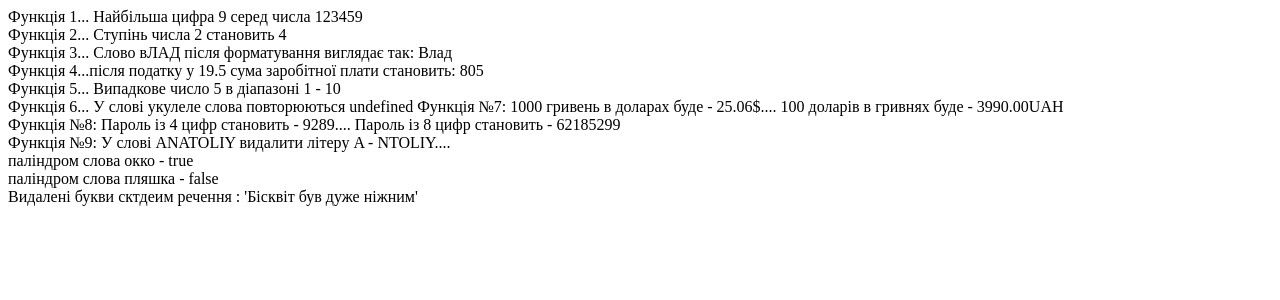
Repository: batonAnton/cursor_js_hw_3
Page: index.html
The author's editor kept a copy of each file at every save. The page is drawn from the files as they stood at one save, then again after the next save.
The browser window is 1280 px wide. The pictures show the whole page.

Above is the page before, as saved 2022-08-31 15:46:13.

### index.html
<!DOCTYPE html>
<html lang="en">
<head>
    <meta charset="UTF-8">
    <meta http-equiv="X-UA-Compatible" content="IE=edge">
    <meta name="viewport" content="width=device-width, initial-scale=1.0">
    <title>Hw_3  function</title>
</head>
<body>
    <script src="./js/index.js"></script>
</body>
</html>

### js/index.js
// first task
function getMaxDigit(argNew){
    let varNew  = argNew.toString().split('');
    let bigNum = varNew[0];
    for (let i = 0; i < varNew.length; i++) {
        if(varNew[i] > bigNum ) bigNum = varNew [i];

    } return bigNum;
}
let argNew = 123459;
document.writeln(`Функція 1... Найбільша цифра ${getMaxDigit(argNew)} серед числа ${argNew}`);



// 2 task
function exponentDigit(a,b){

    let res = 1;
    for(let i = 0; i < b; i++ ){
        res *= a;
    }return res;
}
let a = 2;
let b = 2;
document.writeln(` <br> Функція 2... Ступінь числа ${a} становить   ${exponentDigit(a,b)} `);


// 3 task

function nameChange(name) {
    return  name.charAt(0).toUpperCase() +  name.slice(1).toLowerCase();
  }

let name = "вЛАД";
document.writeln(` <br> Функція 3... Слово ${name} після форматування виглядає так:   ${nameChange(name)} `);


// 4 task

function calcPercentage( sum,percentageSalary){
  let result =sum - ((percentageSalary * 1000) * 0.100 / 10);
    return  result;


}
const percentageSalary = 19.5;
let sum = 1000;

console.log(calcPercentage(sum,percentageSalary));
document.writeln(` <br> Функція 4...після податку у ${percentageSalary} сума заробітної плати становить: ${calcPercentage( sum,percentageSalary)} `);


// 5 task
function randomRange(minValue,maxValue){
    let result = Math.ceil(Math.random() * (maxValue - minValue)) + minValue;
    return  result;
}
let minValue = 1;
let maxValue= 10;
console.log(randomRange(1,5));

document.writeln(` <br> Функція 5... Випадкове число ${randomRange(minValue,maxValue)} в діапазоні ${minValue} - ${maxValue}  `);


// 6 task

function repeatLetter( str )
{

  for( let i = 0 ;i < str.length ;i++)
  {
    let count = 0;
    for( let j = 0 ;j < str.length ;j++)
    {
      if( str[i] == str[j] && i > j  )
      {
       break;
      }
      if( str[i] == str[j]  )
      {
        count++;
      }
    }
    if( count > 0)
    console.log(`${str[i].toUpperCase()} повторюється  ${count} рази`);
  }

}


let test_str = "укулеле";
console.log("У слові " + " " + test_str + " " + "слова повторюються :");
repeatLetter( test_str);

document.writeln(` <br> Функція 6... У слові ${test_str}  слова повторюються ${repeatLetter( test_str)}  `);


// 7 task

function convertCurrency (typeValue){
    let dollars = 39.9;
    let res;
        if (typeValue.includes("UAH")) {
            res =   (+typeValue.slice(0, typeValue.indexOf("UAH")) / dollars).toFixed(2) + "$";

          } else if (typeValue.includes("$")) {
            res = (+typeValue.slice(0, typeValue.indexOf("$")) * dollars).toFixed(2) + "UAH";
          } else {
            alert("тільки долари і гривні");
          } return res;


}


let typeValue="1000 UAH";

document.writeln(`Функція №7: 1000 гривень в доларах буде - ${convertCurrency(typeValue)}....`);
typeValue = "100$";
document.writeln(`100 доларів в гривнях  буде - ${convertCurrency(typeValue)} `);

// 9 task
 function getRandomPassword(arg,arg2){

  let result = '';

      for(let i = 0; i < arg; i++){
        result +=(Math.random() * 10).toFixed();
      }
      return result;


        for(let i = 0; i < arg2; i++){
          result+= (Math.random() * 10).toFixed();

        }
        return result;


 }
 const arg = 4;
  const arg2 = 8;
 console.log(getRandomPassword());
 document.writeln(`<br> Функція №8: Пароль із  4 цифр становить - ${getRandomPassword(arg)}....`);
 document.writeln(`  Пароль із  8 цифр становить - ${getRandomPassword(arg2)}`);

//  task 9
//
function deleteLetters(removeLetter, exampleWord) {
  let result = '';
  for (let i = 0; i < exampleWord.length; i++) {
    exampleWord[i] == removeLetter ? result:( result += exampleWord[i]);
  }
  return result;
}

const removeLetter = "A";
const exampleWord = "ANATOLIY";
document.writeln(`<br> Функція №9: У слові ${ exampleWord} видалити літеру ${ removeLetter} - ${deleteLetters(removeLetter, exampleWord)}....`);

// task 10
function isPalindrom(checkWord){
   let result = true;
  for(i = 1; i - 1 < checkWord.length - i ; i++){
    if(checkWord[i-1] !== checkWord[checkWord.length-i])
    return false;
  }
  return result=true;
  for(i = 1; i - 1 < checkWord2.length - i ; i++){
    if(checkWord2[i-1] !== checkWord2[checkWord2.length-i])
    return false;
  }
  return result=true;
}




let checkWord = "окко";
let checkWord2 = "пляшка";
console.log(isPalindrom(checkWord));
document.writeln(`<br>  паліндром слова ${checkWord} - ${isPalindrom(checkWord)}`);
document.writeln(`<br>  паліндром слова ${checkWord2} - ${isPalindrom(checkWord2)}`);


// task 10
function deleteDuplicateLetter(previousString){
let newString = "";
let allLowerCase = previousString.toLowerCase();
    for ( i = 0; i < allLowerCase.length; i++) {
        if (allLowerCase.lastIndexOf(allLowerCase[i]) === allLowerCase.indexOf(allLowerCase[i])) {
            newString += allLowerCase[i]
        }
        else {
          newString;
        }
    }
    return newString;
}

let previousString = "'Бісквіт був дуже ніжним'";
console.log(deleteDuplicateLetter(previousString));

document.writeln(`<br>  Видалені букви ${deleteDuplicateLetter(previousString)} речення : ${previousString}`);

After the next save:
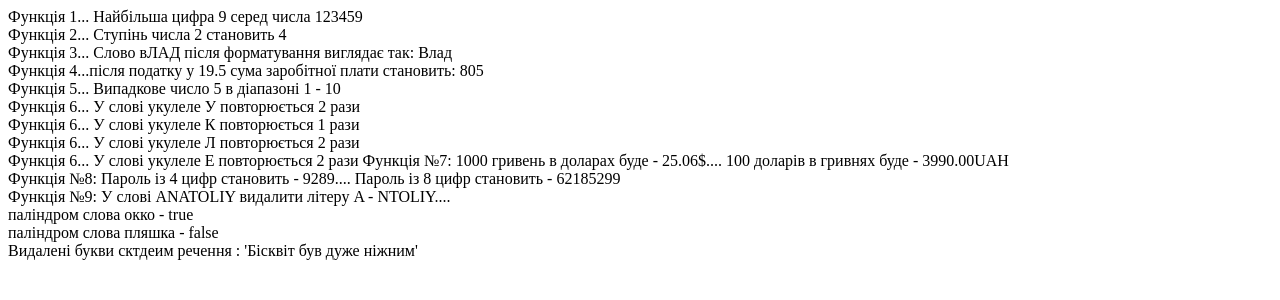
Saved 5 min 12 s later.
--- a/js/index.js
+++ b/js/index.js
@@ -82,7 +82,10 @@ function repeatLetter( str )
       }
     }
     if( count > 0)
-    console.log(`${str[i].toUpperCase()} повторюється  ${count} рази`);
+
+    // console.log(`${str[i].toUpperCase()} повторюється  ${count} рази`);
+document.writeln(` <br> Функція 6... У слові ${test_str} ${str[i].toUpperCase()} повторюється  ${count} рази `);
+
   }
 
 }
@@ -92,7 +95,6 @@ let test_str = "укулеле";
 console.log("У слові " + " " + test_str + " " + "слова повторюються :");
 repeatLetter( test_str);
 
-document.writeln(` <br> Функція 6... У слові ${test_str}  слова повторюються ${repeatLetter( test_str)}  `);
 
 
 // 7 task
